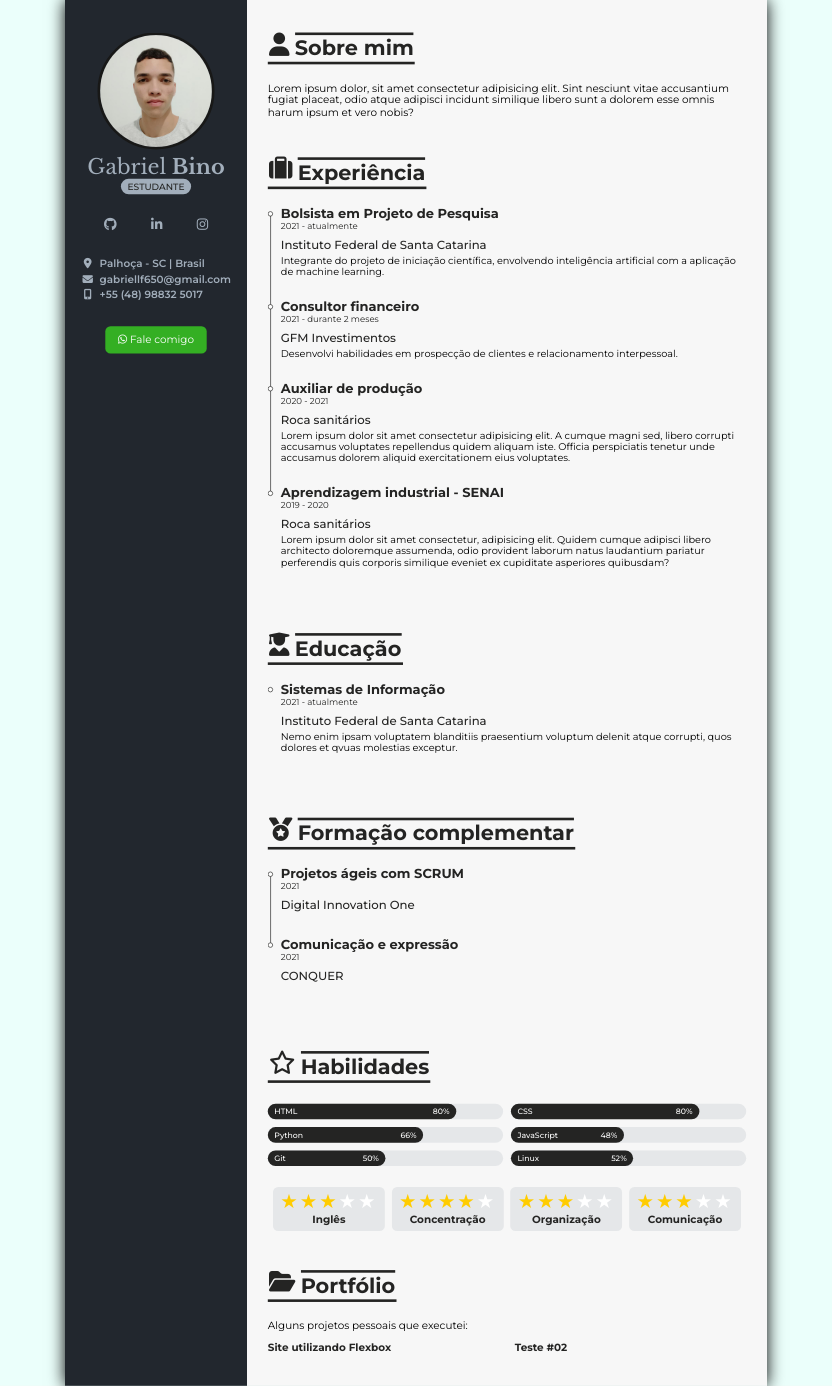
Repository: gabrielbino/curriculoResponsivo
Page: index.html
The author's editor kept a copy of each file at every save. The page is drawn from the files as they stood at one save, then again after the next save.
The browser window is 1280 px wide. The pictures show the whole page, at 65% of full size.
Some web libraries are served in a nearby version.

Above is the page before, as saved 2021-10-20 23:03:52.

After the next save:
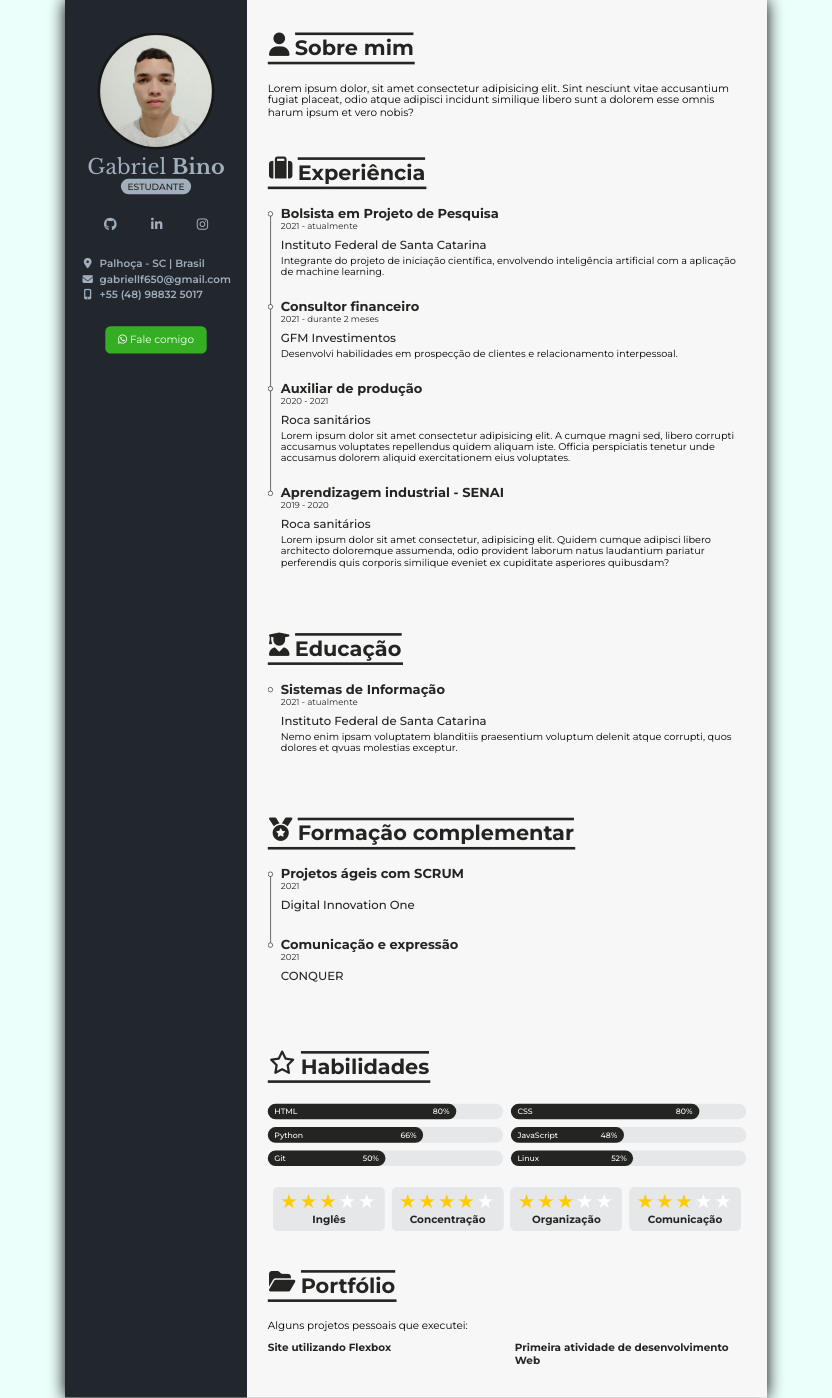
Saved 8 min 35 s later.
--- a/index.html
+++ b/index.html
@@ -257,7 +257,9 @@
             <a href="https://staticflexbox.netlify.app/" class="portfolio-item">
               Site utilizando Flexbox
             </a>
-            <a href="#" class="portfolio-item"> Teste #02 </a>
+            <a href="https://anatomiahtml.netlify.app/" class="portfolio-item">
+              Primeira atividade de desenvolvimento Web
+            </a>
             <a href="#" class="portfolio-item">
               <div></div>
             </a>
